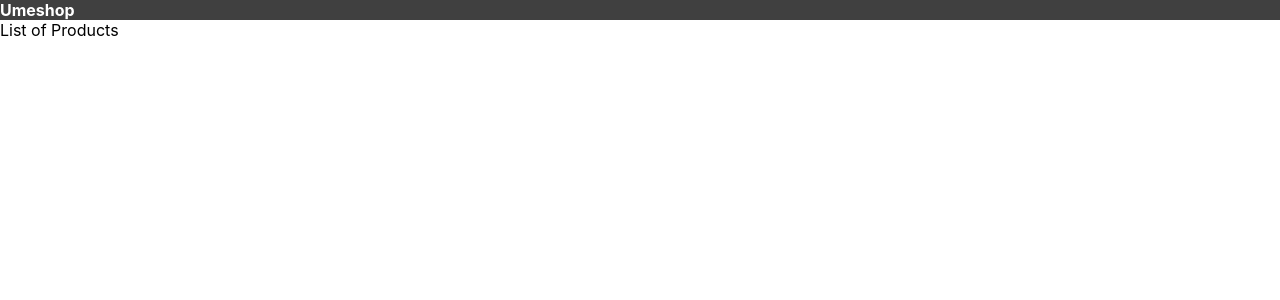
Repository: NovaX23/umeshop-new
Page: / (app in frontend/)
The author's editor kept a copy of each file at every save. The page is drawn from the files as they stood at one save, then again after a run of saves.
The browser window is 1280 px wide. The pictures show the whole page.
The project was rebuilt for these pictures with package versions that can differ from the ones it lists, and the page was loaded fresh each time.

Above is the page before, as saved 2023-07-01 00:21:24.

### frontend/src/index.css
body {
  margin: 0;
  font-family: -apple-system, BlinkMacSystemFont, 'Segoe UI', 'Roboto', 'Oxygen',
    'Ubuntu', 'Cantarell', 'Fira Sans', 'Droid Sans', 'Helvetica Neue',
    sans-serif;
  -webkit-font-smoothing: antialiased;
  -moz-osx-font-smoothing: grayscale;
}

code {
  font-family: source-code-pro, Menlo, Monaco, Consolas, 'Courier New',
    monospace;
}

header {
  background-color: #404040;
  padding: 0rem;
}

header a {
  color: #ffffff;
  font-weight: bold;
  text-decoration: none;

}

### frontend/src/App.js


function App () {
  return (
    <div >
      <header>
        <a href="/">Umeshop</a>
      </header>
      <main>
        List of Products
      </main>
    </div>
  );
}

export default App;

Loaded but not shown: frontend/public/index.html (common file); frontend/src/index.js (common file); frontend/src/reportWebVitals.js (common file)

After the next 3 saves:
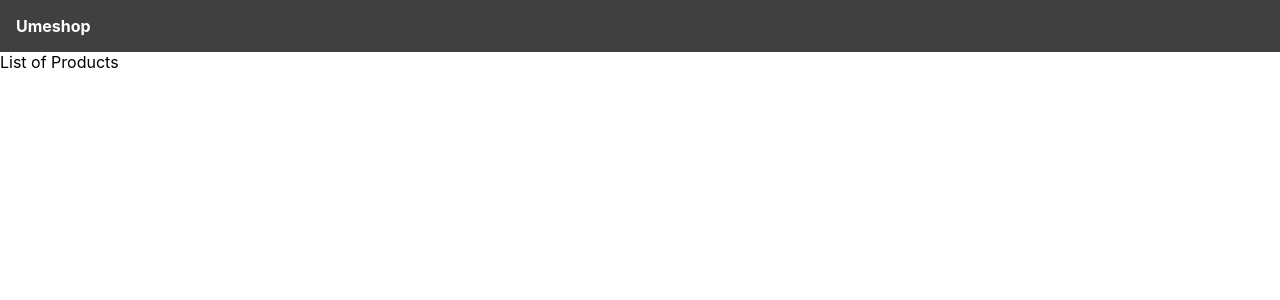
The 3 saves are shown as one change because they came seconds apart.
The last was saved 20 s later.
--- a/frontend/src/index.css
+++ b/frontend/src/index.css
@@ -14,7 +14,7 @@
 
 header {
   background-color: #404040;
-  padding: 0rem;
+  padding: 1rem;
 }
 
 header a {
